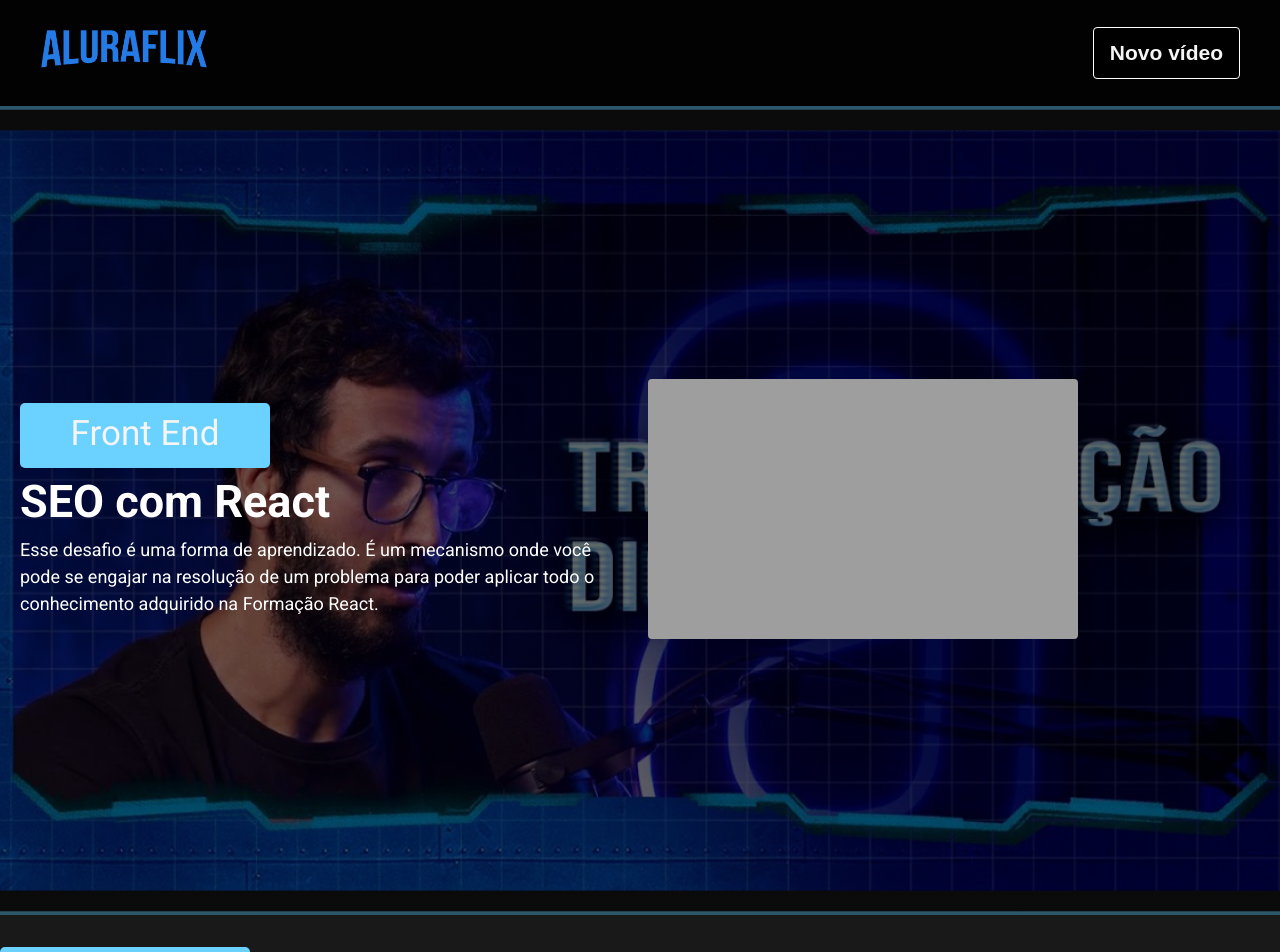
Repository: CarlosEduardoVdeOliveira/aluraflix
Page: /
An editor plug-in stored every save of this project. The page is shown before and after the next save, followed by the edit.
The browser window is 1280 px wide. The pictures show the part of the page from y = 0 to 952 px (the page is 3438 px tall before and 720 px after).
Pictures or frames that could not be fetched are drawn as grey boxes. The project was rebuilt for these pictures with package versions that can differ from the ones it lists, and the page was loaded fresh each time. Also part of the build but not shown: vite.config.js, src/components/Input/Input.module.css, src/components/Input/index.jsx, src/components/TextArea/TextArea.module.css, src/components/TextArea/index.jsx, src/pages/RegisterVideo/Register.module.css, src/pages/RegisterVideo/index.jsx, src/components/Table/Table.module.css and 3 more.

Above is the page before, as saved 2023-09-26 11:09:47.

### index.html
<!doctype html>
<html lang="en">
  <head>
    <meta charset="UTF-8" />
    <link rel="preconnect" href="https://fonts.googleapis.com">
    <link rel="preconnect" href="https://fonts.gstatic.com" crossorigin>
    <!-- <link rel="icon" type="image/svg+xml" href="/vite.svg" /> -->
    <meta name="viewport" content="width=device-width, initial-scale=1.0" />
    <link href="https://fonts.googleapis.com/css2?family=Roboto:wght@300;400;500;700&display=swap" rel="stylesheet">
    <title>AluraFlix</title>
  </head>
  <body>
    <div id="root"></div>
    <script type="module" src="/src/main.jsx"></script>
  </body>
</html>

### src/main.jsx
import React from 'react'
import ReactDOM from 'react-dom/client'
import {AppRoutes} from './routes'
import './index.css'
import { ThemeProvider } from '@emotion/react'
import { theme } from './customColors'

ReactDOM.createRoot(document.getElementById('root')).render(
  <React.StrictMode>
    <ThemeProvider theme={theme}>
      <AppRoutes />
    </ThemeProvider>
  </React.StrictMode>,
)

### src/routes.jsx
import { BrowserRouter, Route, Routes } from 'react-router-dom'
import {PageBase} from './pages/pageBase'
import {Home} from './pages/Home'
import { ThemeProvider } from '@mui/material'
import { theme } from './customColors'
import {RegisterVideo} from './pages/RegisterVideo'
import {RegisterCategory} from './pages/RegisterCategory'


export const AppRoutes = () => {
  return (
    <BrowserRouter>
      <ThemeProvider theme={theme}>
        <Routes>
          <Route path='/' element={<PageBase />}>
            <Route index element={<Home />}></Route>
            <Route path='register-video' element={<RegisterVideo />}></Route>
            <Route path='register-category' element={<RegisterCategory />}></Route>
          </Route>
        </Routes>
      </ThemeProvider>
    </BrowserRouter>
  )
}

### src/index.css
:root {
  --gray-100: #F5F5F5;
  --gray-150: #E5E5E5;
  --gray-175: #C2C2C2;
  --gray-300: #9E9E9E;
  --gray-500: #191919;
  --black: #000;
  --blue-500: #2A7AE4;
  --red-500: #E53935;
  font-family: 'Roboto', sans-serif;
  line-height: 1.5;
  font-weight: 400;
  font-size: 1rem;
  font-synthesis: none;
  text-rendering: optimizeLegibility;
  -webkit-font-smoothing: antialiased;
  -moz-osx-font-smoothing: grayscale;
  -webkit-text-size-adjust: 100%;
}
*{
  box-sizing: border-box;
  margin: 0;
  padding: 0;
  scroll-behavior: smooth;
}
body{
  background-color: var(--gray-500);
}
a {
  text-decoration: none;
  transiton: .5s all ease-out;
}

button{
  cusor: pointer;
  transiton: .5s all ease-out;
}

@media screen and (max-width: 1080px){
  body{
    font-size: 87.5%;
  }
}
@media screen and (max-width: 700px){
  body{
    font-size: 75%;
  }
}

### src/customColors.js
import { createTheme } from '@mui/material/styles';

export const theme = createTheme({
  palette: {
    withe: "#FFFFFF",
    gray100: "#F5F5F5",
    gray150: "#E5E5E5",
    gray175: "#C2C2C2",
    gray300: "#9E9E9E",
    gray500: "#191919",
    black: "#000000",
    blue500: "#2A7AE4",
    red500: "#E53935",
  },
});

### src/pages/pageBase/index.jsx
import { Banner } from '../../components/Banner';
import {Footer} from '../../components/Footer';
import {Header} from '../../components/Header'
import { Outlet } from "react-router-dom";
import { useLocation } from 'react-router-dom';


export const PageBase = () => {
  const location = useLocation()
  return (
    <main>
      <Header button={location.pathname === '/'} />
      <Banner banner={location.pathname === '/'} />
      <Outlet />
      <Footer />
    </main>
  )
}

### src/pages/Home/index.jsx
import {Category} from "../../components/Category";

// eslint-disable-next-line react/prop-types
export const Home = () => {

  return (
    <>
      {
        <Category />
      }
    </>
  )
}

### src/components/Banner/index.jsx
/* eslint-disable react/prop-types */
import styles from './Banner.module.css'
import {TitleCategory} from '../TitleCategory';
import {videos, categories} from '../../json/db.json'
import { Card } from '../Card';

export const Banner = ({banner}) => {
  return(
    <>
      {
        banner && (
        <div className={styles.container}>
          <div className={styles.content}>
            <TitleCategory
              bgColor="#6BD1FF"
              color="#f5f5f5"
            >
              {categories[0].name}
            </TitleCategory>
            <h5 >
              SEO com React
            </h5>
            <p>
              Esse desafio é uma forma de aprendizado.
              É um mecanismo onde você pode se engajar na resolução de um problema
              para poder aplicar todo o conhecimento adquirido na Formação React.
            </p>
          </div>
          <Card {...videos[0]}  />
        </div>
        )
      }
    </>
  );
}

### src/components/Footer/index.jsx
import { Link } from 'react-router-dom'
import logo from '../../assets/logo.png'
import styles from './Footer.module.css'
export const Footer = () => {
  return (
    <footer className={styles.container}>
      <Link to='/'>
        <img src={logo} alt="Logo do aluraflix" />
      </Link>
    </footer>
  )
}

### src/components/Header/index.jsx
/* eslint-disable react/prop-types */
// eslint-disable-next-line no-unused-vars
import React from 'react';
import logo from '../../assets/logo.png'
import styles from './Header.module.css'
import { Link } from 'react-router-dom';
import {Button} from '../Button';


export const Header = ({button}) => {

  return (
    <header className={styles.container}>
      <Link to="/">
        <img src={logo} alt='Logo do aluraflix' />
      </Link>
      {button &&
          <Link to="/register-video">
            <Button
              bgColor="#000"
              borderColor="1px solid #FFF"
              color="#F5f5f5"
            >
                  Novo vídeo
            </Button>
          </Link>
      }
    </header>
  )
}

### src/components/Category/index.jsx
import { TitleCategory } from "../TitleCategory";
import styles from "./Category.module.css";
import { videos, categories } from "../../json/db.json";
import Carousel from 'react-material-ui-carousel'
import { Card } from "../Card";
import { useState } from "react";

export const Category = () => {
  const [prev, setPrev] = useState(0)
  const [next, setNext] = useState(0)

  return (

    <>
      {
        categories.map((category) => (
          <section className={styles.container} key={category.id}>
            <TitleCategory color="#fff" bgColor={category.color}>{category.name}</TitleCategory>
            <Carousel >
              <div className={styles.videos}>
                {videos.map(
                  (video) =>
                    category.name === video.category && (
                      <Card
                        link={video.link}
                        key={video.id}
                        thumbnail={video.thumbnail}
                        borderColor={category.color}
                        description={video.description}
                      />
                    )
                )}
              </div>

            </Carousel>
          </section>
        ))
      }
    </>
  );
};

### src/components/Button/index.jsx
/* eslint-disable react/prop-types */
import styles from './Button.module.css'

export const Button = ({children, bgColor, borderColor, color}) => {
  return(
    <button className={styles.button}
      style={{
        background:bgColor,
        border:borderColor,
        color:color
      }}
    >
      {children}
    </button>
  )
}

### src/json/db.json
{
  "videos":[
  {
    "id": 1,
    "name": "Homem-Aranha - Sem Volta Para Casa",
    "link": "https://www.youtube.com/watch?v=k77WZrvuDQU&ab_channel=Alura",
    "thumbnail": "https://i.ytimg.com/vi/k77WZrvuDQU/sddefault.jpg",
    "category": "Front End",
    "description": "Descrição qualquer"
  },
  {
    "id": 2,
    "name": "Homem-Aranha - Sem Volta Para Casa",
    "link": "https://www.youtube.com/watch?v=k77WZrvuDQU&ab_channel=Alura",
    "thumbnail": "https://i.ytimg.com/vi/CyiiEJRZjSU/maxresdefault.jpg",
    "category": "Front End",
    "description": "Descrição qualquer"
  },
  {
    "id": 3,
    "name": "Homem-Aranha - Sem Volta Para Casa",
    "link": "https://www.youtube.com/watch?v=hHM-hr9q4mo&ab_channel=Rocketseat",
    "thumbnail": "https://i.ytimg.com/vi/hHM-hr9q4mo/maxresdefault.jpg",
    "category": "Front End",
    "description": "Descrição qualquer"
  },
  {
    "id": 4,
    "name": "Homem-Aranha - Sem Volta Para Casa",
    "link": "https://www.youtube.com/watch?v=hHM-hr9q4mo&ab_channel=Rocketseat",
    "thumbnail": "https://i.ytimg.com/vi/hHM-hr9q4mo/maxresdefault.jpg",
    "category": "Back End",
    "description": "Descrição qualquer"
  },
  {
    "id": 5,
    "name": "Homem-Aranha - Sem Volta Para Casa",
    "link": "https://www.youtube.com/watch?v=hHM-hr9q4mo&ab_channel=Rocketseat",
    "thumbnail": "https://i.ytimg.com/vi/hHM-hr9q4mo/maxresdefault.jpg",
    "category": "Back End",
    "description": "Descrição qualquer"
  },
  {
    "id": 6,
    "name": "Homem-Aranha - Sem Volta Para Casa",
    "link": "https://www.youtube.com/watch?v=hHM-hr9q4mo&ab_channel=Rocketseat",
    "thumbnail": "https://i.ytimg.com/vi/hHM-hr9q4mo/maxresdefault.jpg",
    "category": "Back End",
    "description": "Descrição qualquer"
  },
  {
    "id": 7,
    "name": "Homem-Aranha - Sem Volta Para Casa",
    "link": "https://www.youtube.com/watch?v=MGIs7DSQ-0A&ab_channel=Alura",
    "thumbnail": "https://i.ytimg.com/vi/MGIs7DSQ-0A/maxresdefault.jpg",
    "category": "Mobile",
    "description": "Descrição qualquer"
  },
  {
    "id": 8,
    "name": "Homem-Aranha - Sem Volta Para Casa",
    "link": "https://www.youtube.com/watch?v=MGIs7DSQ-0A&ab_channel=Alura",
    "thumbnail": "https://i.ytimg.com/vi/MGIs7DSQ-0A/maxresdefault.jpg",
    "category": "Mobile",
    "description": "Descrição qualquer"
  },
  {
    "id": 9,
    "name": "Homem-Aranha - Sem Volta Para Casa",
    "link": "https://www.youtube.com/watch?v=MGIs7DSQ-0A&ab_channel=Alura",
    "thumbnail": "https://i.ytimg.com/vi/MGIs7DSQ-0A/maxresdefault.jpg",
    "category": "Mobile",
    "description": "Descrição qualquer"
  },
  {
    "id": 10,
    "name": "Homem-Aranha - Sem Volta Para Casa",
    "link": "https://www.youtube.com/watch?v=CyiiEJRZjSU",
    "thumbnail": "https://i.ytimg.com/vi/CyiiEJRZjSU/maxresdefault.jpg",
    "category": "Data Science",
    "description": "Descrição qualquer"
  },
  {
    "id": 11,
    "name": "Homem-Aranha - Sem Volta Para Casa",
    "link": "https://www.youtube.com/watch?v=CyiiEJRZjSU",
    "thumbnail": "https://i.ytimg.com/vi/CyiiEJRZjSU/maxresdefault.jpg",
    "category": "Data Science",
    "description": "Descrição qualquer"
  },
  {
    "id": 12,
    "name": "Homem-Aranha - Sem Volta Para Casa",
    "link": "https://www.youtube.com/watch?v=CyiiEJRZjSU",
    "thumbnail": "https://i.ytimg.com/vi/CyiiEJRZjSU/maxresdefault.jpg",
    "category": "Data Science",
    "description": "Descrição qualquer"
  },
  {
    "id": 13,
    "name": "Homem-Aranha - Sem Volta Para Casa",
    "link": "https://www.youtube.com/watch?v=CyiiEJRZjSU",
    "thumbnail": "https://i.ytimg.com/vi/CyiiEJRZjSU/maxresdefault.jpg",
    "category": "UX",
    "description": "Descrição qualquer"
  },
  {
    "id": 14,
    "name": "Homem-Aranha - Sem Volta Para Casa",
    "link": "https://www.youtube.com/watch?v=CyiiEJRZjSU",
    "thumbnail": "https://i.ytimg.com/vi/CyiiEJRZjSU/maxresdefault.jpg",
    "category": "UX",
    "description": "Descrição qualquer"
  },
  {
    "id": 15,
    "name": "Homem-Aranha - Sem Volta Para Casa",
    "link": "https://www.youtube.com/watch?v=CyiiEJRZjSU",
    "thumbnail": "https://i.ytimg.com/vi/CyiiEJRZjSU/maxresdefault.jpg",
    "category": "UX",
    "description": "Descrição qualquer"
  },
  {
    "id": 16,
    "name": "Homem-Aranha - Sem Volta Para Casa",
    "link": "https://www.youtube.com/watch?v=CyiiEJRZjSU",
    "thumbnail": "https://i.ytimg.com/vi/CyiiEJRZjSU/maxresdefault.jpg",
    "category": "Infra",
    "description": "Descrição qualquer"
  },
  {
    "id": 17,
    "name": "Homem-Aranha - Sem Volta Para Casa",
    "link": "https://www.youtube.com/watch?v=CyiiEJRZjSU",
    "thumbnail": "https://i.ytimg.com/vi/CyiiEJRZjSU/maxresdefault.jpg",
    "category": "Infra",
    "description": "Descrição qualquer"
  },
  {
    "id": 18,
    "name": "Homem-Aranha - Sem Volta Para Casa",
    "link": "https://www.youtube.com/watch?v=CyiiEJRZjSU",
    "thumbnail": "https://i.ytimg.com/vi/CyiiEJRZjSU/maxresdefault.jpg",
    "category": "Infra",
    "description": "Descrição qualquer"
  },
  {
    "id": 19,
    "name": "Homem-Aranha - Sem Volta Para Casa",
    "link": "https://www.youtube.com/watch?v=CyiiEJRZjSU",
    "thumbnail": "https://i.ytimg.com/vi/CyiiEJRZjSU/maxresdefault.jpg",
    "category": "Inovation",
    "description": "Descrição qualquer"
  },
  {
    "id": 20,
    "name": "Homem-Aranha - Sem Volta Para Casa",
    "link": "https://www.youtube.com/watch?v=CyiiEJRZjSU",
    "thumbnail": "https://i.ytimg.com/vi/CyiiEJRZjSU/maxresdefault.jpg",
    "category": "Inovation",
    "description": "Descrição qualquer"
  },
  {
    "id": 21,
    "name": "Homem-Aranha - Sem Volta Para Casa",
    "link": "https://www.youtube.com/watch?v=CyiiEJRZjSU",
    "thumbnail": "https://i.ytimg.com/vi/CyiiEJRZjSU/maxresdefault.jpg",
    "category": "Inovation",
    "description": "Descrição qualquer"
  },
  {
    "id": 22,
    "name": "Homem-Aranha - Sem Volta Para Casa",
    "link": "https://www.youtube.com/watch?v=CyiiEJRZjSU",
    "thumbnail": "https://i.ytimg.com/vi/CyiiEJRZjSU/maxresdefault.jpg",
    "category": "AI",
    "description": "Descrição qualquer"
  }
],
"categories":[
  {

    "id":1,
    "name":"Front End",
    "description": "Todos os vídeo da área de Front End juntarei nessa categoria para organizar os estudos que venho fazendo atualmente (FieldTextarea)",
    "color":"#6BD1FF"
  },
  {
    "id":2,
    "name":"Back End",
    "description": "Todos os vídeo que estou usando para estudar Back End ",
    "color":"#69953B"
  },
  {
    "id":3,
    "name":"Design & UX",
    "description": "Ferramentas e técnicas que estudo sobre UX e Design",
    "color":"#DC6EBE"
  },
  {
    "id":4,
    "name":"Infraestrutura" ,
    "description": "Tudo que estou aprendendo sobre Docker e muito mais",
    "color":"#9CD33B"
  },
  {
    "id":5,
    "name":"Marketing Digital",
    "description": "A forma de vender a monetizar minhas ideias",
    "color":"#6B5BE2"
  },
  {
    "id":6,
    "name":"Data Science",
    "description": "Coisas de R e Python que venho aprendendo",
    "color":"#9CD33B"
  },
  {
    "id":7,
    "name":"Inovação & Gestão",
    "description": "Como manter o time feliz e muito mais",
    "color":"#FF8C2A"
  },
  {
    "id":8,
    "name":"Mobile",
    "description": "Conteúdo que venho estudando sobre React Native e Flutter",
    "color":"#FFBA05"
  },
  {
    "id":9,
    "name":"AI",
    "description": "Conteúdo que venho estudando sobre React Native e Flutter",
    "color":"#B210C7"
  }
]
}

### src/components/Banner/Banner.module.css
.container{
  background: linear-gradient(rgba(0, 0, 0, 0.59), rgba(0, 0, 0, 0.59)),
  url(../../../public/banner.png) center / cover no-repeat;
  width: 100%;
  height: 50.563rem;
  display: grid;
  grid-template-columns: 1fr 1fr;
  align-items: center;
  gap: 1rem;
  padding: 20px;
}
.container img{
  width: 100%;
  flex-shrink: 0;
}
.content{
  color: #FFF;
}
.content h5{
  font-size: 2.813rem;
}
.content p{
  font-size: 1.125rem;
}

### src/components/TitleCategory/index.jsx
import styles from "./TitleCategory.module.css"
// eslint-disable-next-line react/prop-types
export const TitleCategory = ({children, bgColor, color}) => {
  return(
    <div
      className={styles.container}
      style={{
        backgroundColor: bgColor,
        color: color
      }}
    >
      {children}
    </div>
  )
}

### src/components/Card/index.jsx
/* eslint-disable react/prop-types */
import styles from './Card.module.css'
import { Link } from 'react-router-dom'

export const Card = ({
  id,
  link,
  thumbnail,
  description,
  borderColor
}) => {
  return(
    <>
      <Link
        to={link}
        className={styles.card}
        style={{border:`1px solid ${borderColor}`}}
        key={id}
        target='_blank'
        title={description}
      >
        <img src={thumbnail} alt={description} />
      </Link>

    </>
  )
}

### src/components/Footer/Footer.module.css
.container{
  display: flex;
  align-items: center;
  justify-content: center;
  padding: 1.688rem 2.5rem;
  background-color: rgba(0, 0, 0, 0.9);
}

.container img{
  width: 168.45px;
  height: 40px;
}

### src/components/Header/Header.module.css
.container{
  display: flex;
  justify-content: space-between;
  align-items: center;
  padding: 1.688rem 2.5rem;
  background-color: rgba(0, 0, 0, 0.9);
}

.container img{
  width: 168.45px;
  height: 40px;
}

### src/components/Category/Category.module.css
.container{
  display: flex;
  flex-direction: column;
  overflow: none;
  gap: 1rem;
  margin-top: 2rem;
}
.videos{
  display: flex;
  gap: 1rem;
}

### src/components/Button/Button.module.css
.button{
  color: #FFF;
  text-align: center;
  padding: 0.8rem 1rem;
  border-radius: .25rem;
  font-size: 21px;
  font-style: normal;
  font-weight: 600;
  cursor: pointer;
  line-height: 24px;
  transition: all .5s ease-in-out;
}

.button:hover{
  opacity: 0.8;
}

### src/components/TitleCategory/TitleCategory.module.css
.container{
  width: fit-content;
  min-width: 15.625rem;
  height: 4.063rem;
  padding: 0.313rem;
  text-align: center;
  border-radius: 0.313rem;
  font-size: 2.188rem;

  white-space: nowrap;

  display: -webkit-box;

  -webkit-box-orient: vertical;
}

### src/components/Card/Card.module.css
.card{
  width: fit-content;
  height: 263px;
  border-radius: .25rem;
}
.card img{
  width: 430px;
  height: 260px;
  border-radius: .25rem;
}

After the next save:
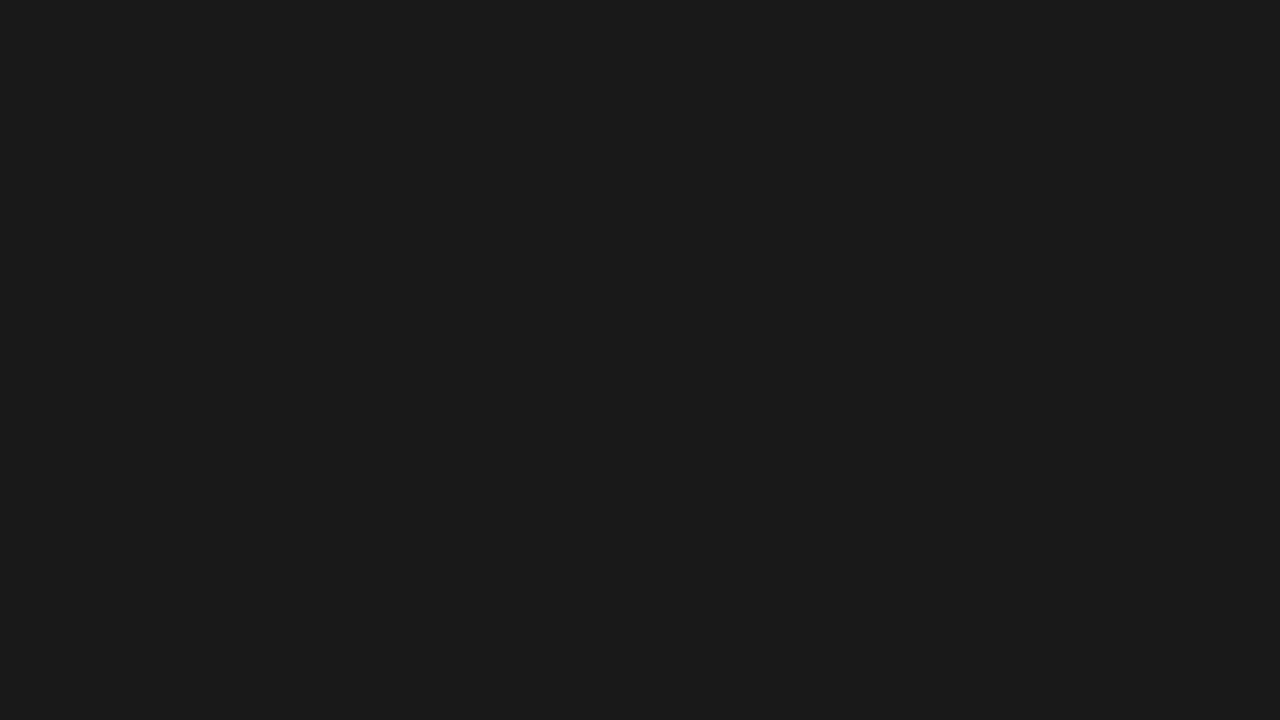
Console error (its wording comes from the project's code and is left out).
Saved 12 s later.
--- a/src/components/Category/index.jsx
+++ b/src/components/Category/index.jsx
@@ -16,7 +16,7 @@
         categories.map((category) => (
           <section className={styles.container} key={category.id}>
             <TitleCategory color="#fff" bgColor={category.color}>{category.name}</TitleCategory>
-            <Carousel >
+            <Carousel next={setNext(next +1)} prev={setPrev(prev+1)} >
               <div className={styles.videos}>
                 {videos.map(
                   (video) =>

After the save that followed:
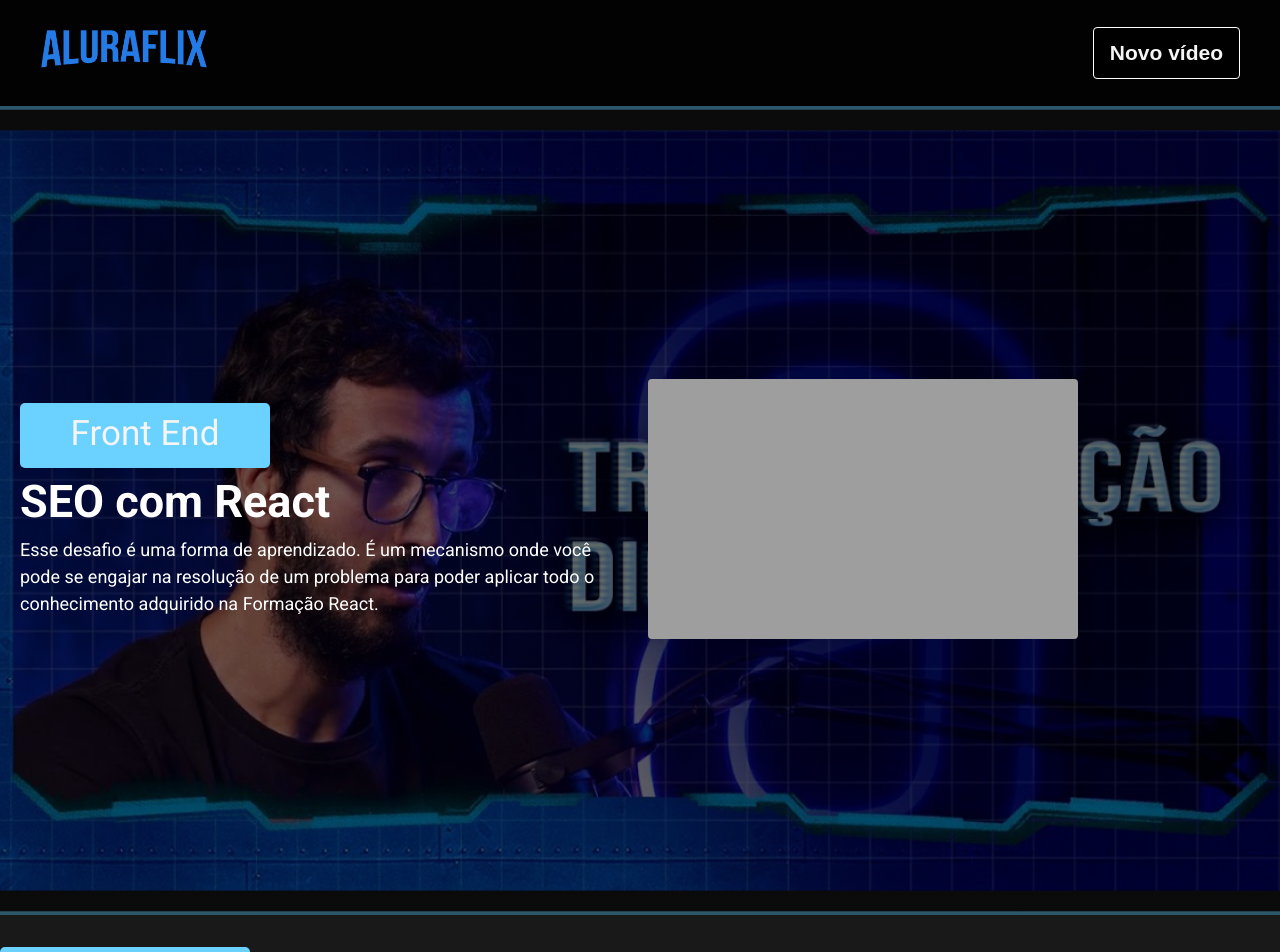
The error is gone.
Saved 19 s later.
--- a/src/components/Category/index.jsx
+++ b/src/components/Category/index.jsx
@@ -16,7 +16,7 @@
         categories.map((category) => (
           <section className={styles.container} key={category.id}>
             <TitleCategory color="#fff" bgColor={category.color}>{category.name}</TitleCategory>
-            <Carousel next={setNext(next +1)} prev={setPrev(prev+1)} >
+            <Carousel next={() => setNext(next +1)} prev={()=>setPrev(prev+1)} >
               <div className={styles.videos}>
                 {videos.map(
                   (video) =>
